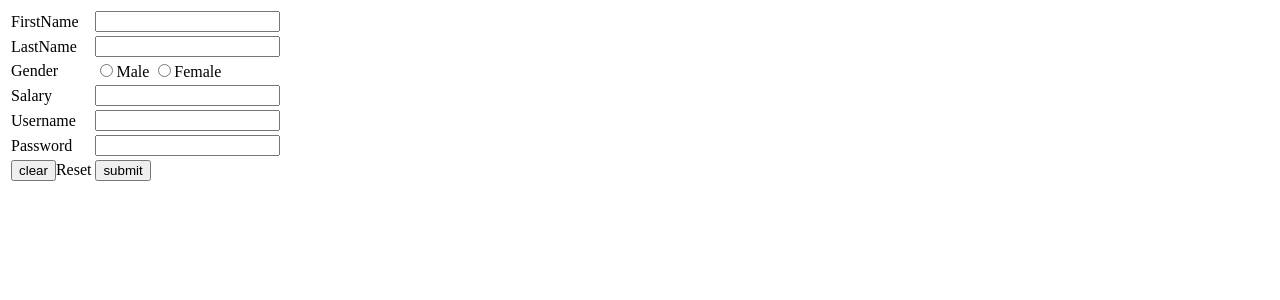
Repository: mounikrishna/java
Page: Servelts,JSP,JSTL/WebBasedApp/WebContent/registration.html
An editor plug-in stored every save of this project. The page is shown before and after the next save, followed by the edit.
The browser window is 1280 px wide. The pictures show the whole page.

Above is the page before, as saved 2020-01-19 01:01:38.

After the next save:
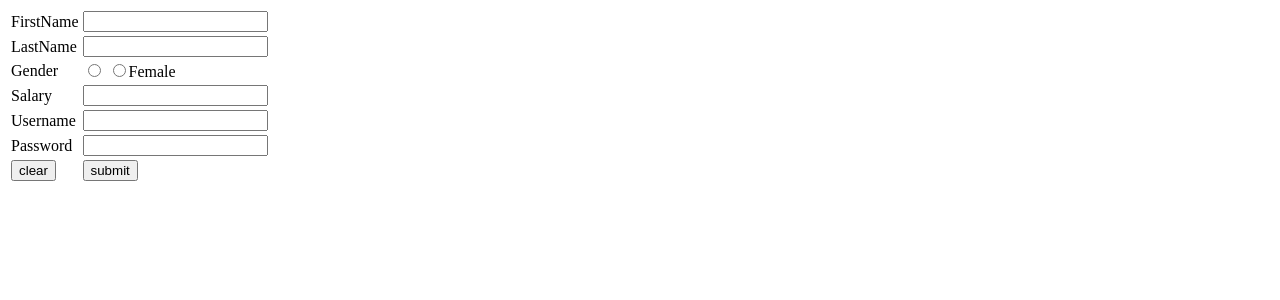
Saved 60 s later.
--- a/Servelts,JSP,JSTL/WebBasedApp/WebContent/registration.html
+++ b/Servelts,JSP,JSTL/WebBasedApp/WebContent/registration.html
@@ -17,7 +17,7 @@
 				</tr>
 				<tr>
 					<td>Gender</td>
-					<td><input type = "radio" name= "gender" value="Male">Male
+					<td><input type = "radio" name= "gender" value="Male">
 						<input type = "radio" name= "gender" value="female">Female
 					</td>
 				</tr>
@@ -34,7 +34,7 @@
 					<td><input type = "password" name= "password"></td>
 				</tr>
 				<tr>
-					<td><input type = "reset" value= "clear">Reset</td>
+					<td><input type = "reset" value= "clear"></td>
 					<td><input type = "submit" value= "submit"></td>
 
 				</tr>
